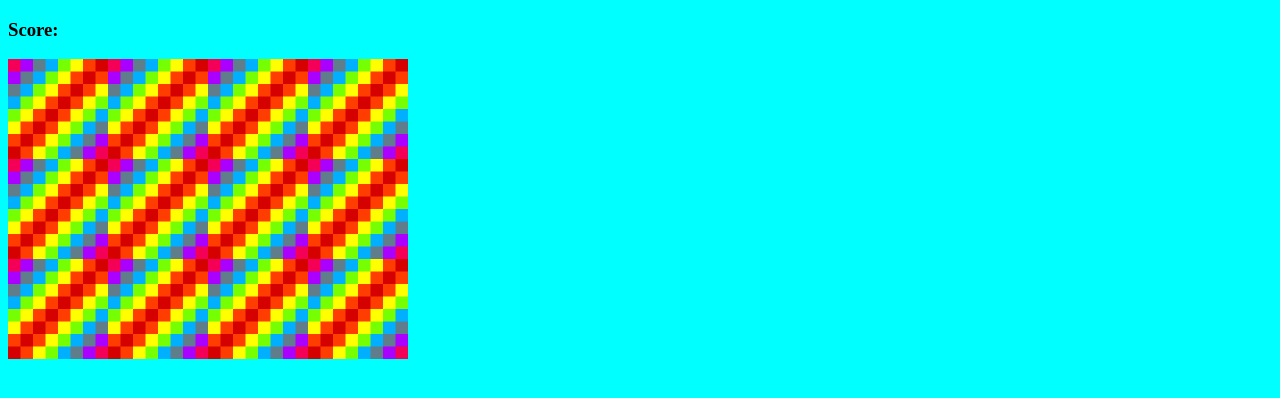
Repository: Zetzher/Memory-Game
Page: index.html
The author's editor kept a copy of each file at every save. The page is drawn from the files as they stood at one save, then again after the next save.
The browser window is 1280 px wide. The pictures show the whole page.

Above is the page before, as saved 2020-04-26 19:45:07.

### index.html
<!DOCTYPE html>
<html lang="en">
<head>
    <meta charset="UTF-8">
    <meta name="viewport" content="width=device-width, initial-scale=1.0">
    <title>Document</title>
    <link href="style.css" rel="stylesheet" type="text/css">
    <script src="./app.js"></script>
</head>
<body>


<h3>Score: <span id="result"> </span></h3>
<div class="grid">
</div>

</body>
</html>

### style.css
.grid {
    display: flex;
    flex-wrap: wrap;
    height: 300px;
    width: 400px;
}


body {
    background-color: cyan
}

### app.js
document.addEventListener('DOMContentLoaded', () => {

    //card options:

    const cardArray = [{
            name: "cheeseburguer",
            img: 'images/cheeseburger.png'
        },
        {
            name: "cheeseburguer",
            img: 'images/cheeseburger.png'
        },
        {
            name: "fries",
            img: 'images/fries.png'
        },
        {
            name: "fries",
            img: 'images/fries.png'
        },
        {
            name: "hotdog",
            img: 'images/hotdog.png'
        },
        {
            name: "hotdog",
            img: 'images/hotdog.png'
        },
        {
            name: "ice-cream",
            img: 'images/ice-cream.png'
        },
        {
            name: "ice-cream",
            img: 'images/ice-cream.png'
        },
        {
            name: "milkshake",
            img: 'images/milkshake.png'
        },
        {
            name: "milkshake",
            img: 'images/milkshake.png'
        },
        {
            name: "pizza",
            img: 'images/pizza.png'
        },
        {
            name: "pizza",
            img: 'images/pizza.png'
        },
    ]

    cardArray.sort(() => 0.5 - Math.random())

    const grid = document.querySelector('.grid');
    const resultDisplay = document.querySelector('#result')
    let cardsChosen = [];
    let cardsChosenId = [];
    let cardsWon = [];

    //create your board
    function createBoard() {
        for (let i = 0; i < cardArray.length; i++) {
            let card = document.createElement('img')
            card.setAttribute('src', './images/blank.png')
            card.setAttribute('data-id', i)
            card.addEventListener('click', flipCard)
            grid.appendChild(card)
        }
    }



    //check for matches
    function checkForMatch() {
        let cards = document.querySelectorAll('img');
        const optionOneId = cardsChosenId[0];
        const optionTwoId = cardsChosenId[1];
        if (cardsChosen[0] === cardsChosen[1]) {
            alert('You found a match')
            cards[optionOneId].setAttribute('src', 'images/white.png');
            cards[optionTwoId].setAttribute('src', 'images/white.png');
            cardsWon.push(cardsChosen)
        } else {
            cards[optionOneId].setAttribute('src', 'images/blank.png');
            cards[optionOneId].setAttribute('src', 'images/blank.png');
            alert('Sorry, try again')
        }
        cardsChosen = []
        cardsChosen = []
        resultDisplay.textContent = cardsWon.length
        if (cardsWon.length === cardArray.length / 2) {
            resultDisplay.textContent = 'Congratulations! You found them all!'
        }
    }



    //flip your card
    function flipCard() {
        let cardId = this.getAttribute('data-id');
        cardsChosen.push(cardArray[cardId].name);
        cardsChosenId.push(cardId)
        this.setAttribute('src', cardArray[cardId].img)
        if (cardsChosen - length === 2) {
            setTimeout(checkForMatch, 500)
        }
    }

    //check for matches

    createBoard()


})

After the next save:
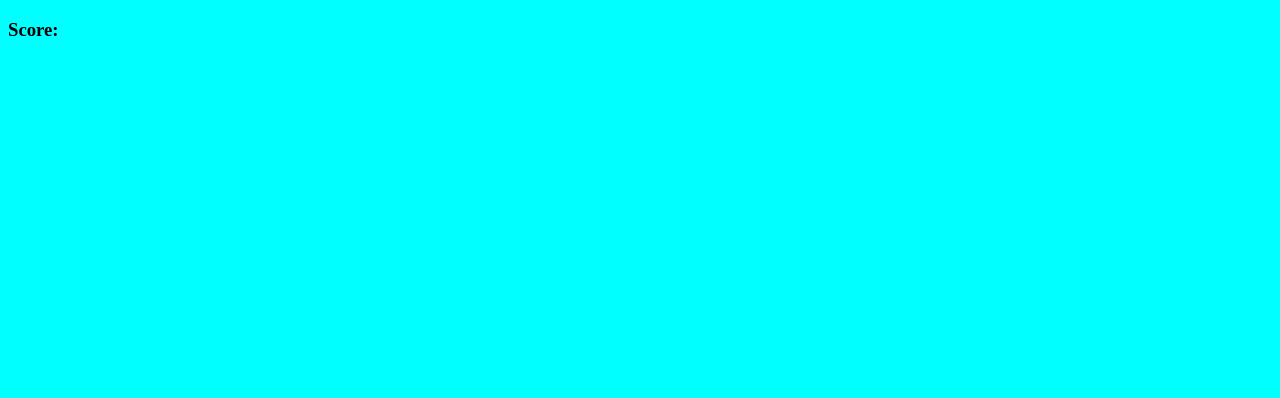
Console error: SyntaxError: Unexpected token ':'
Saved 44 s later.
--- a/app.js
+++ b/app.js
@@ -60,51 +60,44 @@
     let cardsChosenId = [];
     let cardsWon = [];
 
-    //create your board
     function createBoard() {
         for (let i = 0; i < cardArray.length; i++) {
-            let card = document.createElement('img')
-            card.setAttribute('src', './images/blank.png')
+            var card = document.createElement('img')
+            card.setAttribute('src', 'images/white.png')
             card.setAttribute('data-id', i)
-            card.addEventListener('click', flipCard)
+            card.addEventListener('click', flipcard)
             grid.appendChild(card)
         }
     }
-
-
-
-    //check for matches
+19:37
     function checkForMatch() {
-        let cards = document.querySelectorAll('img');
-        const optionOneId = cardsChosenId[0];
-        const optionTwoId = cardsChosenId[1];
+        var cards = document.querySelectorAll('img')
+        const optionOneId = cardsChosenId[0]
+        const optionTwoId = cardsChosenId[1]
         if (cardsChosen[0] === cardsChosen[1]) {
             alert('You found a match')
-            cards[optionOneId].setAttribute('src', 'images/white.png');
-            cards[optionTwoId].setAttribute('src', 'images/white.png');
+            cards[optionOneId].setAttribute('src', 'images/white.png')
+            cards[optionTwoId].setAttribute('src', 'images/white.png')
             cardsWon.push(cardsChosen)
         } else {
-            cards[optionOneId].setAttribute('src', 'images/blank.png');
-            cards[optionOneId].setAttribute('src', 'images/blank.png');
+            cards[optionOneId].setAttribute('src', 'images/white.png')
+            cards[optionTwoId].setAttribute('src', 'images/white.png')
             alert('Sorry, try again')
         }
         cardsChosen = []
-        cardsChosen = []
+        cardsChosenId = []
         resultDisplay.textContent = cardsWon.length
-        if (cardsWon.length === cardArray.length / 2) {
+        if (cardsWon.length === cardArray.length/2) {
             resultDisplay.textContent = 'Congratulations! You found them all!'
         }
     }
-
-
-
-    //flip your card
-    function flipCard() {
-        let cardId = this.getAttribute('data-id');
-        cardsChosen.push(cardArray[cardId].name);
+19:37
+    function flipcard() {
+        var cardId = this.getAttribute('data-id')
+        cardsChosen.push(cardArray[cardId].name)
         cardsChosenId.push(cardId)
         this.setAttribute('src', cardArray[cardId].img)
-        if (cardsChosen - length === 2) {
+        if (cardsChosen.length === 2) {
             setTimeout(checkForMatch, 500)
         }
     }

After the 2 saves that followed:
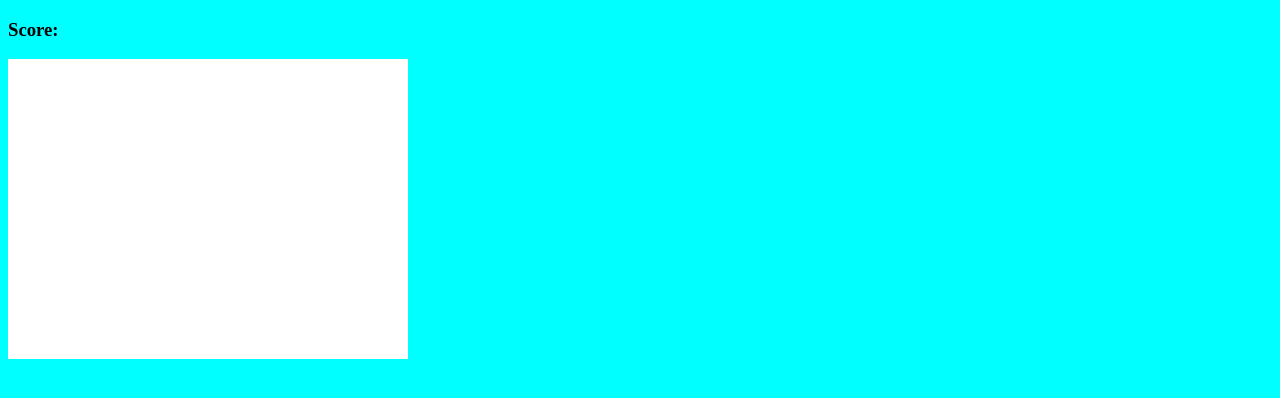
The error is gone.
The 2 saves are shown as one change because they came seconds apart.
The last was saved 7 s later.
--- a/app.js
+++ b/app.js
@@ -69,7 +69,7 @@
             grid.appendChild(card)
         }
     }
-19:37
+
     function checkForMatch() {
         var cards = document.querySelectorAll('img')
         const optionOneId = cardsChosenId[0]
@@ -91,7 +91,7 @@
             resultDisplay.textContent = 'Congratulations! You found them all!'
         }
     }
-19:37
+
     function flipcard() {
         var cardId = this.getAttribute('data-id')
         cardsChosen.push(cardArray[cardId].name)
